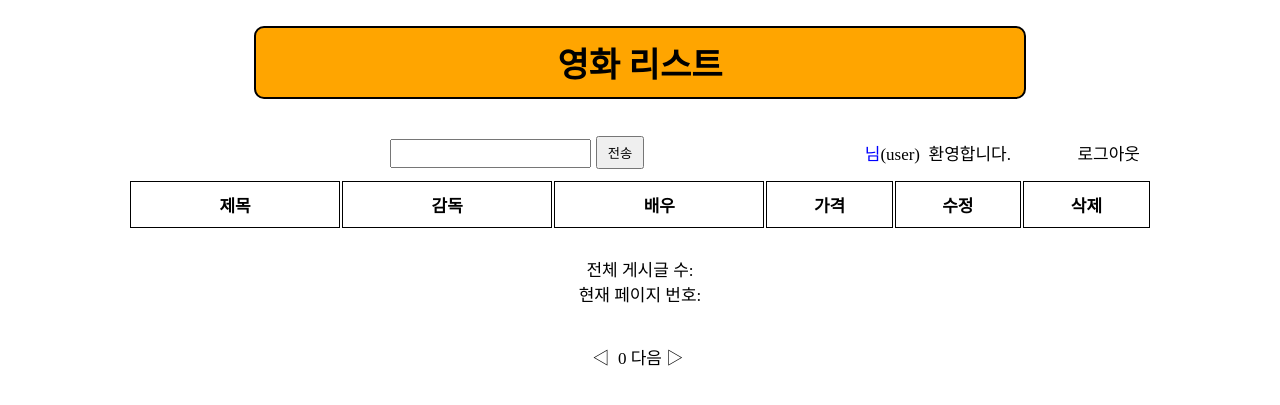
Repository: EverythingOfC/movie
Page: http://localhost/movie/movie/list.jsp
The author's editor kept a copy of each file at every save. The page is drawn from the files as they stood at one save, then again after the next save.
The browser window is 1280 px wide. The pictures show the whole page.
The page is served by Tomcat 9. Nobody is signed in. The application's start-up code is not run. The template is opened directly, without the code that normally fills it, so the values that code supplies are empty.

Above is the page before, as saved 2023-01-03 09:48:20.

After the next save:
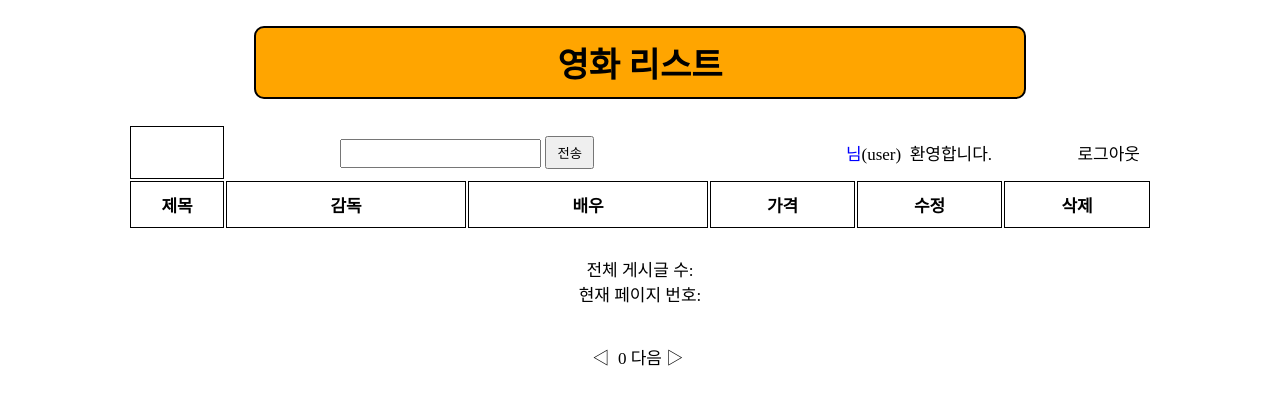
Saved 37 s later.
--- a/movie/src/main/webapp/movie/list.jsp
+++ b/movie/src/main/webapp/movie/list.jsp
@@ -18,8 +18,9 @@
 		<table>
 
 			<tr>
-				<td colspan="3" style="border:0; text-align:center;">
-				<form action="ms" method="get">&emsp;&emsp;&emsp;&emsp;&emsp;&emsp;&emsp;&emsp;
+				<td></td>
+				<td colspan="2" style="border:0; text-align:center;">
+				<form action="ms" method="get">
 					<input type="text" name="search" style="padding:5px 10px;">
 					<input type="submit" value="전송" style="padding:5px 10px;">
 				</form>
